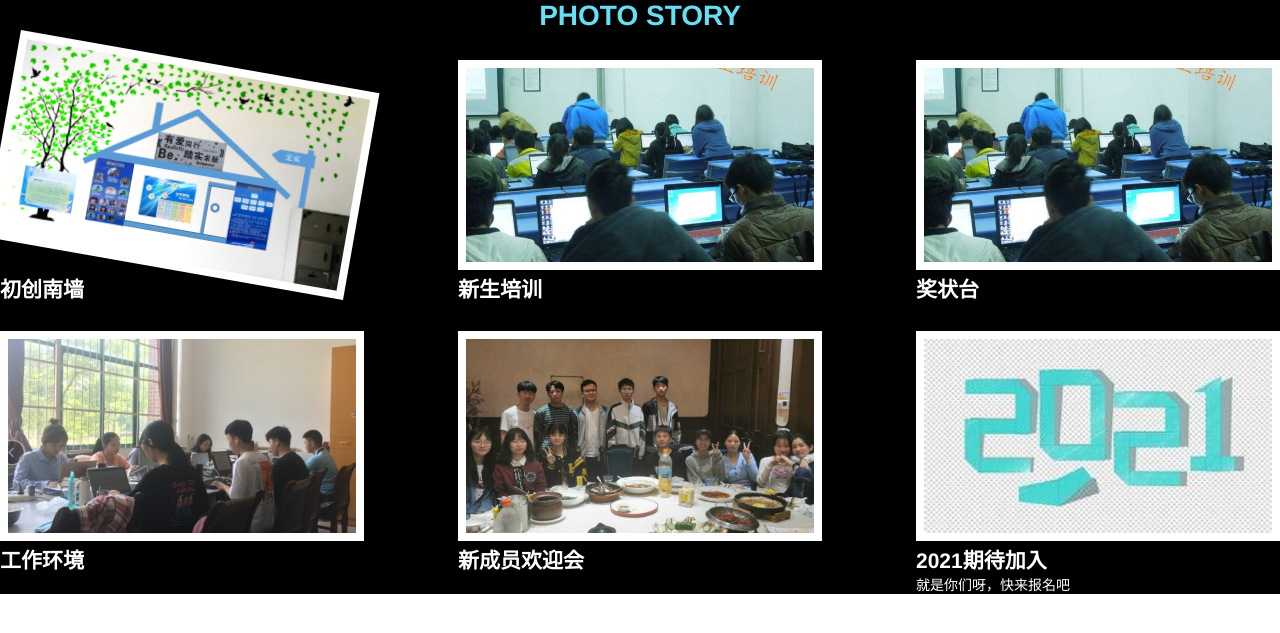
Repository: Homyit20/website
Page: /#/photo
An editor plug-in stored every save of this project. The page is shown before and after the next save, followed by the edit.
The browser window is 1280 px wide. The pictures show the whole page.
The project was rebuilt for these pictures with package versions that can differ from the ones it lists, and the page was loaded fresh each time. Also part of the build but not shown: vue.config.js.

Above is the page before, as saved 2021-08-10 15:34:49.

After the next save:
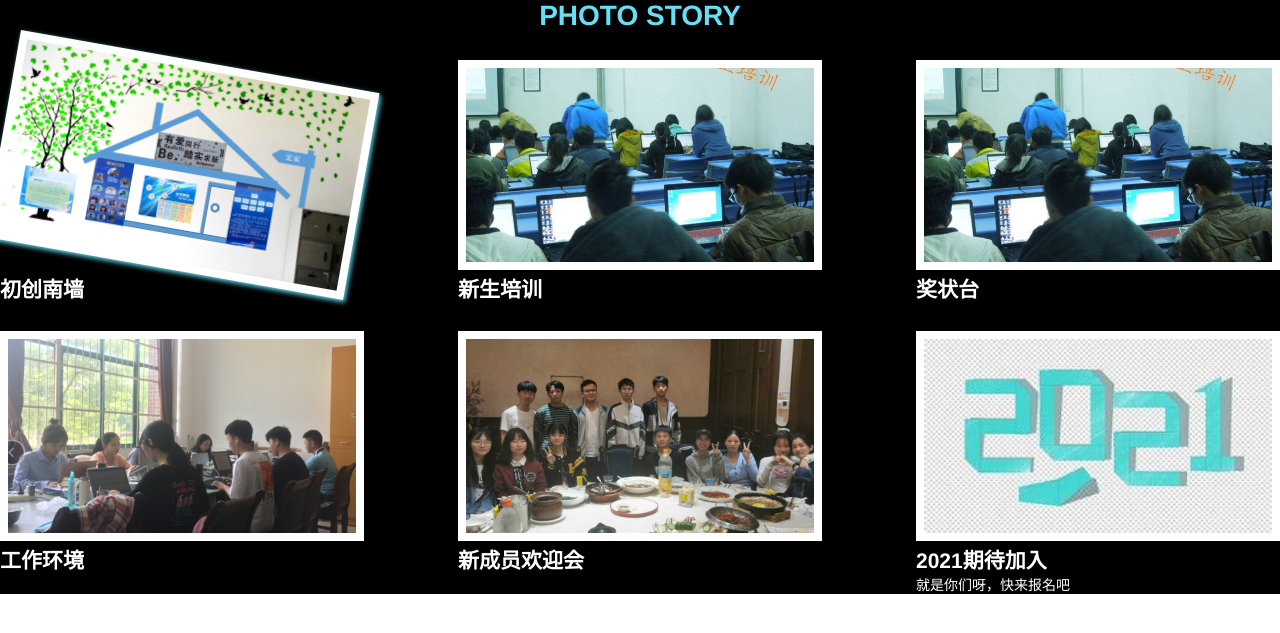
Saved 72 s later.
--- a/src/views/photo.vue
+++ b/src/views/photo.vue
@@ -82,7 +82,7 @@
   object-fit: cover;
 }
   .photo-animate-one{
-    border: 8px solid #65dff5;
+    box-shadow: 2px 2px 5px #65dff5;
     animation: photoone 2s infinite ease-in-out;
   }
 /* 动画 */
